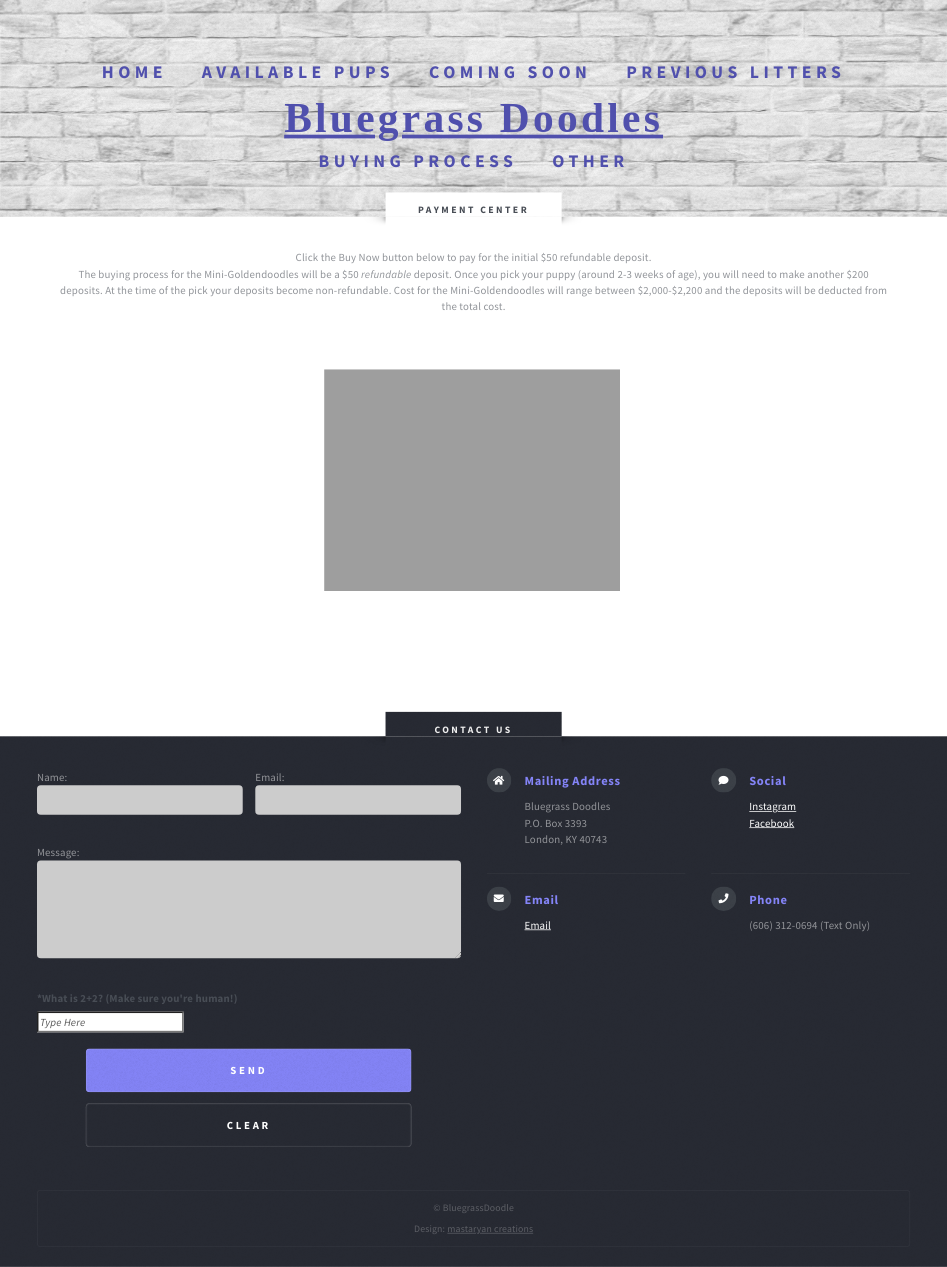
Repository: mastaryan/Cockapoo
Page: checkout2.html
An editor plug-in stored every save of this project. The page is shown before and after the next save, followed by the edit.
The browser window is 1280 px wide. The pictures show the whole page, at 74% of full size.
Pictures or frames that could not be fetched are drawn as grey boxes. Some web fonts or font styles are not loaded; a fallback is used.

Above is the page before, as saved 2020-12-05 21:29:55.

After the next save:
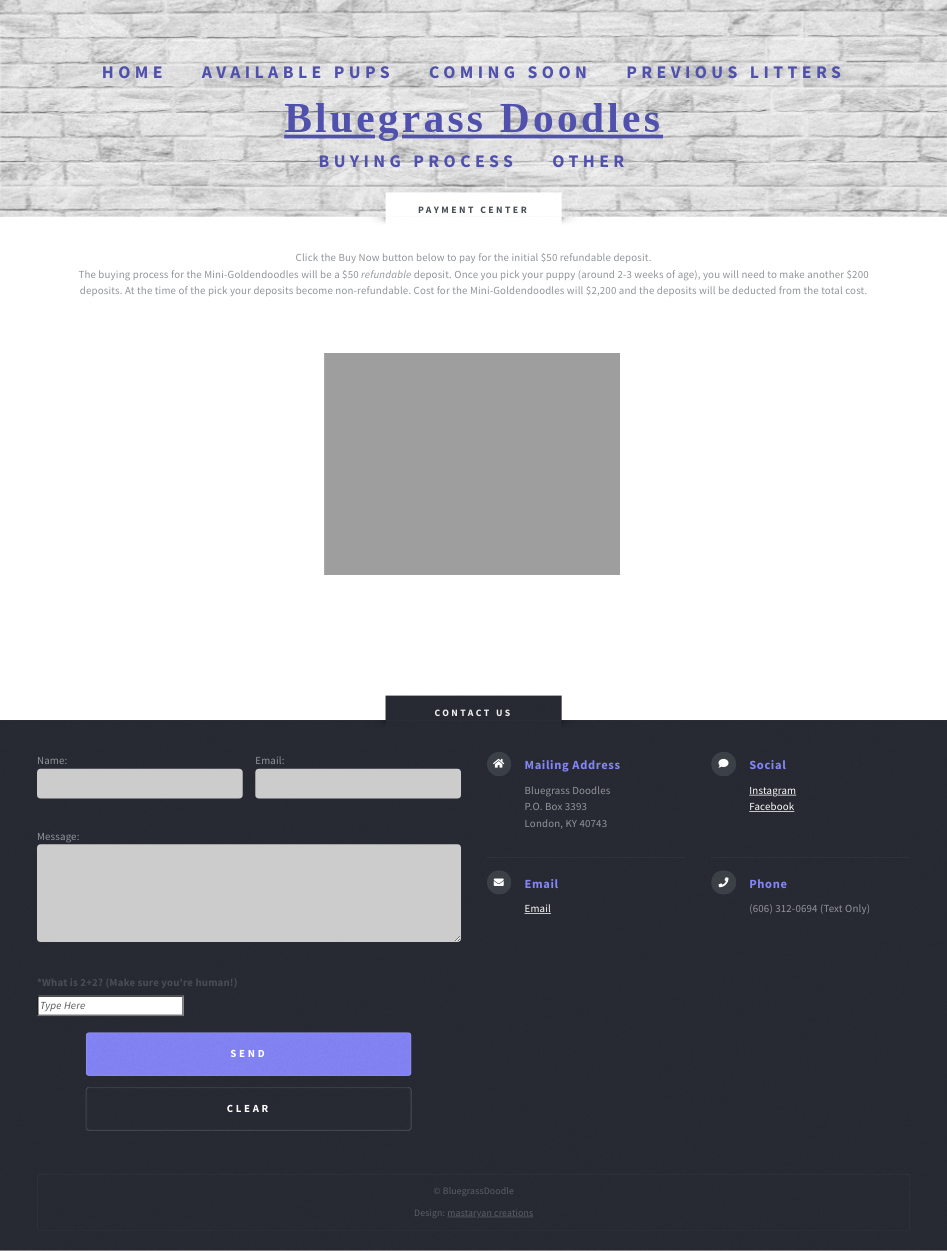
Saved 6 s later.
--- a/checkout2.html
+++ b/checkout2.html
@@ -83,7 +83,7 @@
 						<br>
 						<p>The buying process for the Mini-Goldendoodles will be a $50 <em>refundable</em> deposit. Once you pick your puppy (around 2-3 weeks of age),
 							you will need to make another $200 deposits. At the time of the pick your deposits become non-refundable.
-							Cost for the Mini-Goldendoodles will range between $2,000-$2,200 and the deposits will be deducted from the total cost.
+							Cost for the Mini-Goldendoodles will $2,200 and the deposits will be deducted from the total cost.
 						</p>
 						<br>
 						<br>
